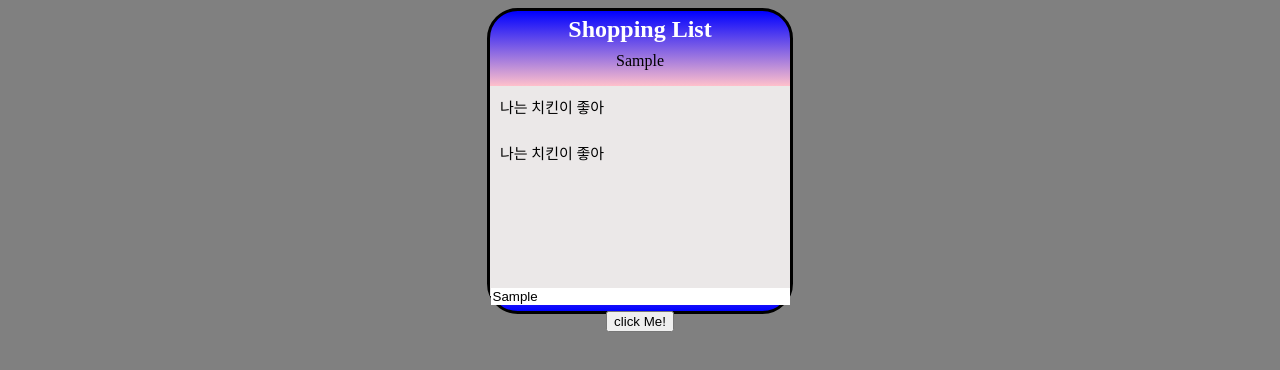
Repository: DevMinwoo-Jung/JavaScript101
Page: WebApIs/shoppingApp/index.html
An editor plug-in stored every save of this project. The page is shown before and after the next save, followed by the edit.
The browser window is 1280 px wide. The pictures show the whole page.
Empty fields were first filled with sample values (such as "Sample", 5 or name@example.com).
After loading, the first visible `button.addItem` was clicked once.

Above is the page before, as saved 2021-06-14 12:01:49.

After the next save:
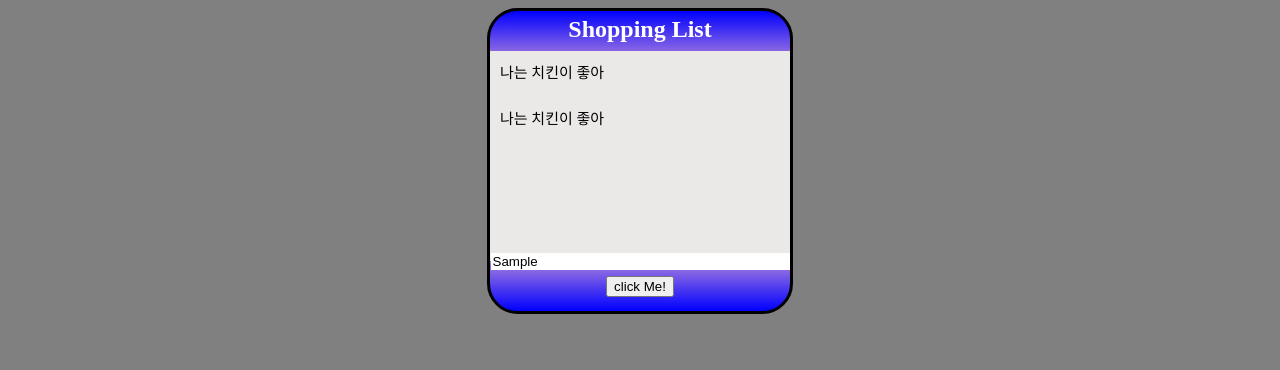
Console error (its wording comes from the project's code and is left out).
Saved 31 s later.
--- a/WebApIs/shoppingApp/main.js
+++ b/WebApIs/shoppingApp/main.js
@@ -17,7 +17,7 @@
   let currentP = document.querySelector('.item__list');
 
   newP.appendChild(newContent);
-  currentP.parentNode.insertBefore(newP, currentP);
+  currentP.insertBefore(newP, currentP);
   // console.log(inputValue.value);
   // console.log(currentP);
   // console.log(newP.appendChild(newContent));

After the save that followed:
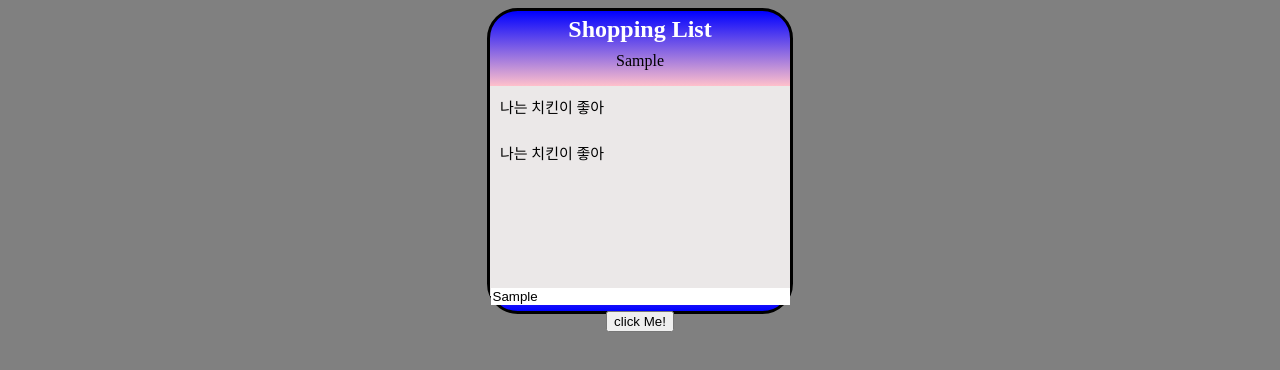
The error is gone.
Saved 6 s later.
--- a/WebApIs/shoppingApp/main.js
+++ b/WebApIs/shoppingApp/main.js
@@ -17,7 +17,7 @@
   let currentP = document.querySelector('.item__list');
 
   newP.appendChild(newContent);
-  currentP.insertBefore(newP, currentP);
+  currentP.parentNode.insertBefore(newP, currentP);
   // console.log(inputValue.value);
   // console.log(currentP);
   // console.log(newP.appendChild(newContent));
